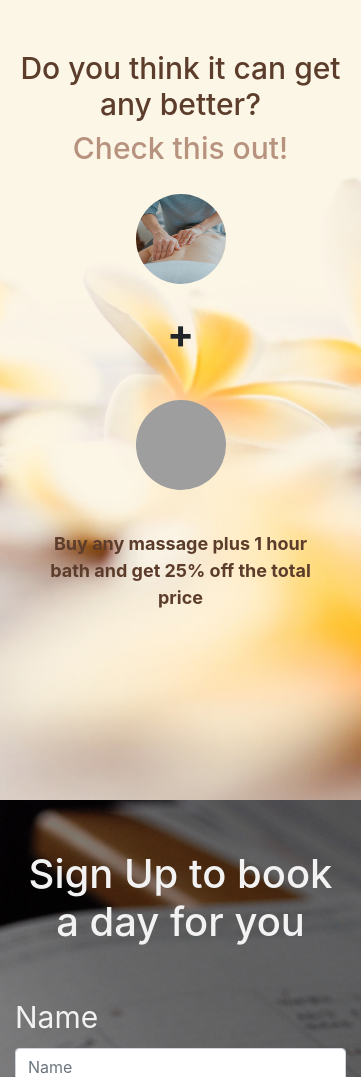
Repository: Code-Institute-Submissions/spa-website
Page: index.html
The author's editor kept a record of every edit. The page is drawn from the files as they stood at one moment, then again after the next edit.
The browser window is 361 px wide. The pictures show the part of the page from y = 5423 to 6500 px (the page is 7187 px tall).
Pictures or frames that could not be fetched are drawn as grey boxes. Backgrounds fixed to the window are drawn as part of the page. Some web libraries are served in a nearby version.

Above is the page before.

After the next edit:
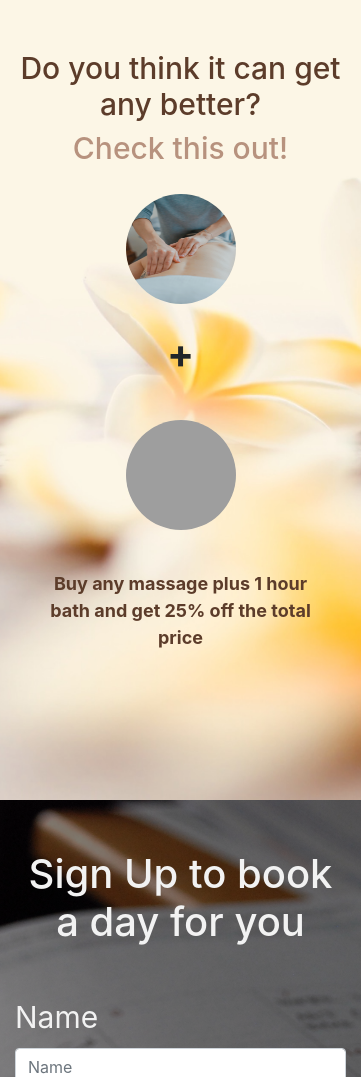
The edit:
--- a/assets/css/style.css
+++ b/assets/css/style.css
@@ -550,8 +550,8 @@
 
 @media (min-width:330px) and (max-width:361px){
   .rounded-circle {
-    width: 130px;
-    height: 130px;
+    width: 150px;
+    height: 150px;
   }
 }
 
